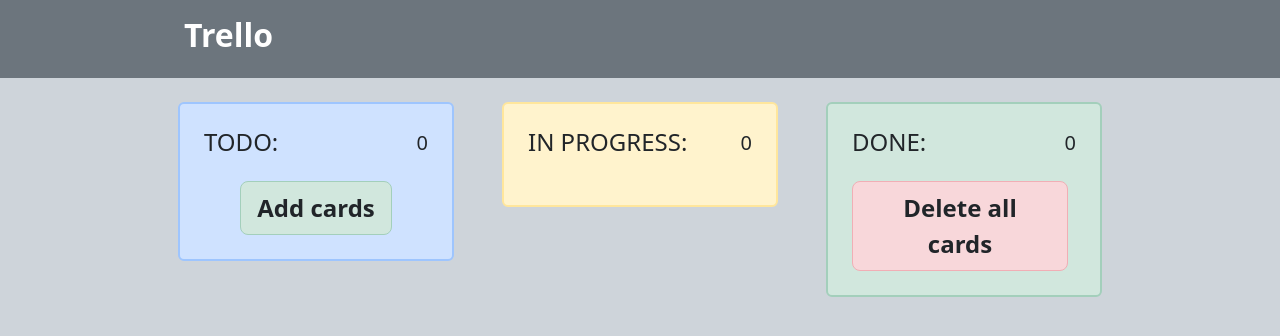
Repository: Valeria154/trello-app-clone
Page: / (app in trello-app-project/)
The author's editor kept a copy of each file at every save. The page is drawn from the files as they stood at one save, then again after the next save.
The browser window is 1280 px wide. The pictures show the whole page.
The project was rebuilt for these pictures with package versions that can differ from the ones it lists, and the page was loaded fresh each time. Also part of the build but not shown: trello-app-project/vite.config.js.

Above is the page before, as saved 2025-03-17 20:04:04.

### trello-app-project/src/index.html
<!doctype html>
<html lang="en">

<head>
	<meta charset="UTF-8" />
	<meta name="viewport" content="width=device-width, initial-scale=1.0" />
	<title>Trello</title>
	<script type="module" src="./main.js"></script>
</head>

<body class="bg-dark-subtle">
	<header class="bg-secondary p-3">
		<div class="container d-flex justify-content-between align-items-center mx-autox w-75">
			<h1 class="fs-2 fw-bold text-white">Trello</h1>
			<div class="fs-5 fw-semibold text-white" id="clock"></div>
		</div>
	</header>
	<main class="p-4">
		<div class="container text-center w-75" id="containerTodo">
			<div class="row align-items-start mb-6 gap-5">
				<!-- TODO -->
				<div class="col border border-primary-subtle border-2 rounded-2 text-dark p-4 bg-primary-subtle">
					<div class="d-flex justify-content-between mb-3">
						<h4>TODO:</h4>
						<div id="todoCount" data-role="count" class="fs-5">0</div>
					</div>
					<div id="todo" data-role="status"></div>
					<button id="addCardBtn" class="btn btn-lg bg-success-subtle border-success-subtle fs-4 fw-semibold"
						type="button">Add
						cards</button>
				</div>
				<!-- In progress -->
				<div class="col border border-warning-subtle border-2 rounded-2 text-dark p-4 bg-warning-subtle">
					<div class="d-flex justify-content-between mb-3">
						<h4>IN PROGRESS:</h4>
						<div id="progressCount" data-role="count" class="fs-5">0</div>
					</div>
					<div id="progress" data-role="status"></div>
				</div>
				<!-- Done -->
				<div class="col border border-success-subtle border-2 rounded-2 text-dark p-4 bg-success-subtle">
					<div class="d-flex justify-content-between mb-3">
						<h4>DONE:</h4>
						<div id="doneCount" data-role="count" class="fs-5">0</div>
					</div>
					<div id="done" data-role="status"></div>
					<button class="btn btn-lg bg-danger-subtle border-danger-subtle me-md-2 fs-4 fw-semibold" type="button"
						id="deleteAllBtn">Delete all
						cards</button>
				</div>
			</div>
			<!-- Modal form -->
			<div id="modalFormContainer" class="position-relative hidden" style="z-index: 20">
				<div
					class="d-flex align-items-center justify-content-center position-fixed top-0 start-0 w-100 h-100 bg-dark bg-opacity-50">
					<form id="form" class="p-4 border rounded bg-light text-start fw-semibold w-50 position-relative"></form>
				</div>
			</div>
		</div>
	</main>

</body>

</html>

### trello-app-project/src/main.js
import './style.scss'
import { addCardBtnElement, containerTodoElement } from './modules/variables.js'
import { handleClickButtonAddCard, handleSubmitForm, handleClickEditTodo, handleClickDeleteTodo } from './modules/handlers.js'
import { render } from './modules/helpers.js'

addCardBtnElement.addEventListener('click', handleClickButtonAddCard)
containerTodoElement.addEventListener('submit', handleSubmitForm)
containerTodoElement.addEventListener('click', handleClickEditTodo)
containerTodoElement.addEventListener('click', handleClickDeleteTodo)

### trello-app-project/src/style.scss
@import "bootstrap/scss/bootstrap";

.hidden {
	display: none;
	opacity: 0;
	transition: opacity 0.3s ease;
}

.block {
	display: block;
	opacity: 1;
	transition: opacity 0.3s ease;
}

### trello-app-project/src/modules/variables.js
import { getData } from './helpers.js'

const todos = getData()
const clockElement = document.querySelector('#clock')
const addCardBtnElement = document.querySelector('#addCardBtn')
const modalFormElement = document.querySelector('#modalFormContainer')
const formElement = document.querySelector('#form')
const containerTodoElement = document.querySelector('#containerTodo')
const [todoCountElement, inProgressCountElement, doneCountElement] = document.querySelectorAll('[data-role="count"]')
const [todoContainerElement, inProgressContainerElement, doneContainerElement] = document.querySelectorAll('[data-role="status"]')
const statusArr = ['todo', 'inprogress', 'done']

export {
	todos,
	clockElement,
	addCardBtnElement,
	modalFormElement,
	formElement,
	containerTodoElement,
	todoCountElement,
	inProgressCountElement,
	doneCountElement,
	todoContainerElement,
	inProgressContainerElement,
	doneContainerElement,
	statusArr
}

### trello-app-project/src/modules/handlers.js
import { todos, formElement, modalFormElement } from './variables.js'
import { Todo } from './module.js'
import { toggleModal, buildModalForm, setData, render } from './helpers.js'


function handleClickButtonAddCard() {
	toggleModal(modalFormElement) // Открываем модальное окно
	formElement.innerHTML = buildModalForm()
	const btnCloseElement = modalFormElement.querySelector('.btn-close')
	btnCloseElement.addEventListener('click', () => toggleModal(modalFormElement))
}

function handleSubmitForm(event) {
	event.preventDefault()
	// Получаем данные из формы
	const formData = new FormData(event.target)
	const formDataObject = Object.fromEntries(formData) // преобразуем, полученные иданные, в объект ключ-значение

	const { editedId } = formElement.dataset
	if (editedId) {
		const editedTodoIndex = todos.findIndex(todo => todo.id == editedId)
		todos[editedTodoIndex] = { ...todos[editedTodoIndex], ...formDataObject }
		setData(todos)
		render(todos)
	} else {
		const newTodo = new Todo(formDataObject) // создаем новую todo с данными из формы
		todos.push(newTodo) // добавление новой задачи в массив
		setData(todos) // сохранение обновленного массива в localStorage
		render(todos) // перерисовка списка задач
	}
	formElement.reset()
	toggleModal(modalFormElement)
	delete formElement.dataset.editedId
}

function handleClickEditTodo({ target }) {
	if (target.dataset.role !== 'edit') return
	const { id } = target.closest('[data-id]').dataset
	const currentTodo = todos.find(todo => todo.id == id)

	toggleModal(modalFormElement)

	formElement.innerHTML = buildModalForm()
	const titleInput = formElement.querySelector('[name="title"]')
	const descriptionInput = formElement.querySelector('[name="description"]')
	const userSelect = formElement.querySelector('[name="user"]')

	titleInput.value = currentTodo.title
	descriptionInput.value = currentTodo.description
	userSelect.value = currentTodo.user

	formElement.dataset.editedId = currentTodo.id
}

function handleClickDeleteTodo({ target }) {
	const { role } = target.dataset
	if (role == 'remove') {
		const cardElement = target.closest('.card')
		const { id } = cardElement.dataset
		const index = todos.findIndex(todo => todo.id == id)
		if (index !== -1) {
			todos.splice(index, 1)
			setData(todos)
			render(todos)
		}
	}
}

export {
	handleClickButtonAddCard,
	handleSubmitForm,
	handleClickEditTodo,
	handleClickDeleteTodo
}

### trello-app-project/src/modules/helpers.js
import { clockElement, todoContainerElement, inProgressContainerElement, doneContainerElement, todos, todoCountElement, inProgressCountElement, doneCountElement } from './variables.js'

function showClock() {
	clockElement.textContent = new Date().toLocaleTimeString()
	setInterval(showClock, 1000)
}

function toggleModal(modal) {
	if (modal.classList.contains('hidden')) {
		modal.classList.replace('hidden', 'block')
	} else {
		modal.classList.replace('block', 'hidden')
	}
}

function buildModalForm() {
	return `
				<div class="mb-3">
					<label for="title" class="form-label fs-5">Title</label>
					<input type="text" class="form-control" id="title" name="title" placeholder="Enter todo..." required>
				</div>
				<div class="mb-3">
					<label for="description" class="form-label fs-5">Description</label>
					<textarea class="form-control p-2 rounded-3" id="description" name="description" rows="6"
						placeholder="Write description" required></textarea>
				</div>
				<div class="mb-3">
					<label for="user" class="form-label fs-5">User </label>
					<select id="user" name="user" class="form-select" required>
						<option selected value="">Choose user</option>
						<option value="Amelia">Amelia</option>
						<option value="Mary">Mary</option>
						<option value="Thomas">Thomas</option>
						<option value="Harry">Harry</option>
						<option value="Susan">Susan</option>
					</select>
				</div>
				<button type="submit" class="btn btn-primary bg-secondary bg-gradient border-secondary">Add card
					TODO</button>
				<button type="button" class="btn-close position-absolute top-0 end-0 me-4 mt-4"
					aria-label="close"></button>
	`
}

function buildTodoTemplate({ id, title, description, user, status, createdAt }) {
	const date = currentDate(createdAt)
	return `
				<div data-id="${id}" class="card mb-4">
					<div class="card-body">
						<h4 class="card-title text-start">${title}</h4>
						<p class="card-text text-start">${description}</p>
					</div>
					<div class="card-header d-flex justify-content-between" role="group">
						<button type="button" class="btn btn-light" data-role="edit">Edit</button>
						<select name="status" class="form-select" aria-label="Default select example">
							<option value="todo" ${status == 'todo' ? 'selected' : ''}>Todo</option>
							<option value="progress" ${status == 'progress' ? 'selected' : ''}>In progress</option>
							<option value="done" ${status == 'done' ? 'selected' : ''}>Done</option>
						</select>
						<button type="button" class="btn btn-light" data-role="remove">Delete</button>
					</div>
					<div class="card-footer d-flex justify-content-between">
						<div class="card-title text-start">${user}</div>
						<div class="card-text text-start">${date}</div>
					</div>
				</div>
	`
}

function getData() {
	return JSON.parse(localStorage.getItem('todos')) || []
}

function setData(todo) {
	localStorage.setItem('todos', JSON.stringify(todo))
}

function currentDate(date = '', locale = 'ru-RU') {
	const dateTemplate = new Date(date)
	return `${dateTemplate.toLocaleDateString(locale)}, ${dateTemplate.toLocaleTimeString(locale)}`
}

function render(todos = []) {
	todoContainerElement.innerHTML = '' //очищает контейнер задач
	inProgressContainerElement.innerHTML = ''
	doneContainerElement.innerHTML = ''
	todos.forEach(todo => {
		const statusColumn = document.querySelector(`#${todo.status}`)
		statusColumn.insertAdjacentHTML('beforeend', buildTodoTemplate(todo)) //новые задачи будут отображаться внизу так как beforeend вставляет новую задачу в конец контейнера
	})
	countTodos(todos)
	showClock()
}

function countTodos(todos) {
	const todoCountArr = todos.filter(todo => todo.status == 'todo')
	todoCountElement.textContent = todoCountArr.length
	const inProgressArr = todos.filter(todo => todo.status == 'progress')
	inProgressCountElement.textContent = inProgressArr.length
	const doneCountArr = todos.filter(todo => todo.status == 'done')
	doneCountElement.textContent = doneCountArr.length
}

export {
	showClock,
	toggleModal,
	buildModalForm,
	buildTodoTemplate,
	getData,
	setData,
	currentDate,
	render,
	countTodos
}

### trello-app-project/src/modules/module.js
import { statusArr } from './variables.js'

export class Todo {
	constructor({ title, description, user, status = '0' }) {
		this.id = Date.now()
		this.createdAt = new Date().toString()
		this.title = title
		this.description = description
		this.user = user
		this.status = statusArr[status]
	}
}

After the next save:
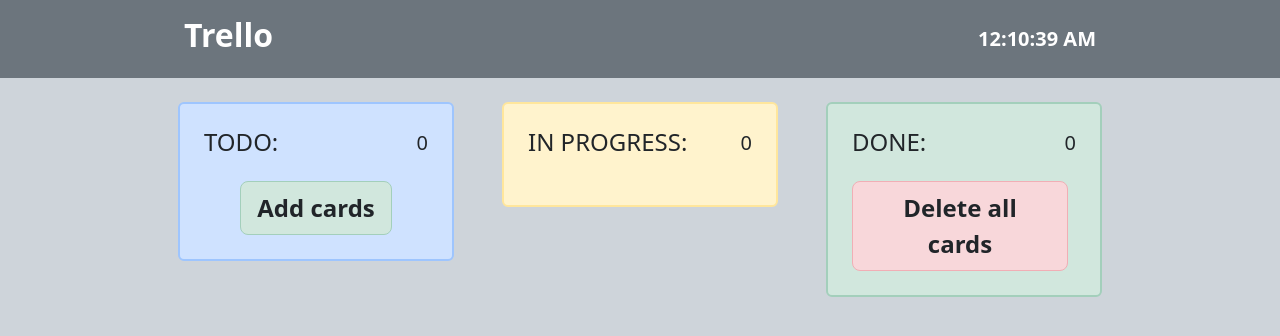
Saved 10 min 13 s later.
--- a/trello-app-project/src/modules/helpers.js
+++ b/trello-app-project/src/modules/helpers.js
@@ -2,8 +2,10 @@
 
 function showClock() {
 	clockElement.textContent = new Date().toLocaleTimeString()
-	setInterval(showClock, 1000)
+
 }
+
+setInterval(showClock, 1000)
 
 function toggleModal(modal) {
 	if (modal.classList.contains('hidden')) {
